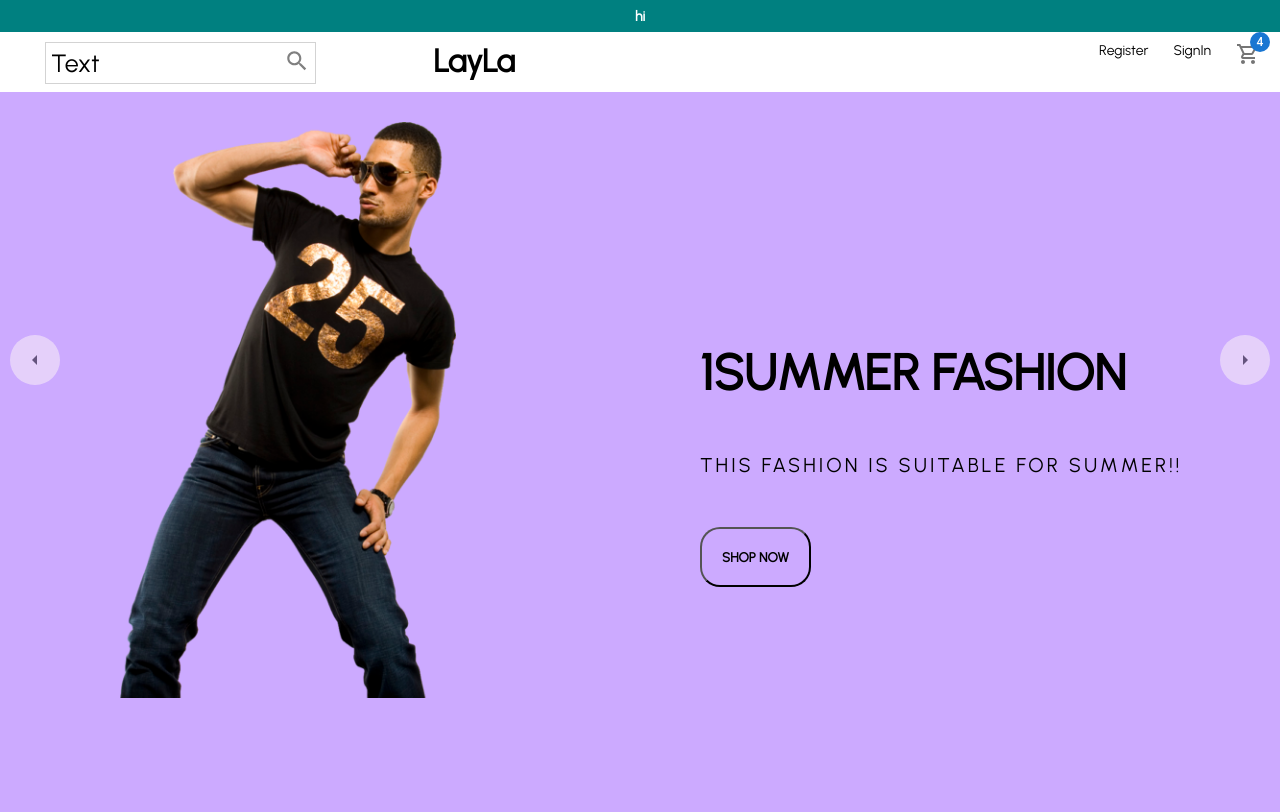
Repository: WaiMaungMaung/React_Ecom
Page: /
The author's editor kept a copy of each file at every save. The page is drawn from the files as they stood at one save, then again after a run of saves.
The browser window is 1280 px wide. The pictures show the whole page.
The project was rebuilt for these pictures with package versions that can differ from the ones it lists, and the page was loaded fresh each time.

Above is the page before, as saved 2022-05-06 16:20:16.

### public/index.html
<!DOCTYPE html>
<html lang="en">
  <head>
    <meta charset="utf-8" />
    <link rel="icon" href="%PUBLIC_URL%/favicon.ico" />

    <link
      href="https://fonts.googleapis.com/css2?family=Urbanist&display=swap"
      rel="stylesheet"
    />

    <style>
      * {
        margin: 0;
        font-family: "Urbanist", sans-serif;
      }
    </style>
    <title>React App</title>
  </head>
  <body>
    <noscript>You need to enable JavaScript to run this app.</noscript>
    <div id="root"></div>
  </body>
</html>

### src/pages/Home.jsx
import React from "react";
import Announcements from "../components/Announcements";
import Categories from "../components/Categories";
import NavBar from "../components/NavBar";
import Slider from "../components/Slider";
const Home = () => {
  return (
    <div>
      <Announcements />

      <NavBar />
      <Slider />

      <Categories />
    </div>
  );
};

export default Home;

### src/components/Announcements.jsx
import styled from "@emotion/styled";
const Container = styled.div`
  background-color: teal;
  height: 32px;
  display: flex;
  align-items: center;
  justify-content: center;
  color: white;
  font-size: 14px;
  font-weight: bold;
`;

const Announcements = () => {
  return <Container>hi</Container>;
};

export default Announcements;

### src/components/Categories.jsx
import styled from "@emotion/styled";
import React from "react";
import CategoriesItem from "./CategoriesItem";
import { categories } from "./data";

const Container = styled.div``;
const Categories = () => {
  return (
    <Container>
      {categories.map((item) => (
        <CategoriesItem item={item}></CategoriesItem>
      ))}
    </Container>
  );
};

export default Categories;

### src/components/NavBar.jsx
import { Search, ShoppingCartOutlined } from "@material-ui/icons";
import React from "react";
import styled from "styled-components";
import { Badge } from "@mui/material";
const Container = styled.div`
  height: 60px;
`;

const Wrapper = styled.div`
  padding: 10px 20px;
  align-item: center;
  display: flex;
  justify-content: space-between;
`;

const SearchContainer = styled.div`
  border: 0.5px solid lightgray;
  margin-left: 25px;
  display: flex;
  align-item: center;
  padding: 5px;
`;
const Input = styled.input`
  border: none;
  margin-left: 20px;
  font-size: 14px;
`;

const Language = styled.span`
  font-size: 25px;
  cursor: pointer;
`;
const Left = styled.div`
  flex: 1;
  display: flex;
`;

const Center = styled.div`
  flex: 1;
`;

const Logo = styled.h1`
  font-weight: bold;
`;

const MenuItem = styled.div`
  font-size: 14px;
  cursor: pointer;
  align-item: center;
  margin-left: 25px;
`;
const Right = styled.div`
  flex: 1;
  display: flex;
  align-item: center;
  justify-content: flex-end;
`;
const NavBar = () => {
  return (
    <Container>
      <Wrapper>
        <Left>
          <SearchContainer>
            <Language>Text</Language>
            <Input />
            <Search style={{ color: "grey", fontSize: "26px" }} />
          </SearchContainer>
        </Left>
        <Center>
          <Logo>LayLa</Logo>
        </Center>
        <Right>
          <MenuItem>Register</MenuItem>
          <MenuItem>SignIn</MenuItem>

          <MenuItem>
            <Badge badgeContent={4} color="primary">
              <ShoppingCartOutlined color="action" />
            </Badge>
          </MenuItem>
        </Right>
      </Wrapper>
    </Container>
  );
};

export default NavBar;

### src/components/Slider.jsx
import styled from "@emotion/styled";
import { ArrowLeftOutlined, ArrowRightOutlined } from "@material-ui/icons";
import React, { useState } from "react";
import { sliderItems } from "./data";
const Container = styled.div`
  width: 100%;
  height: 100vh;
  display: flex;
  overflow: hidden;
`;
const Arrow = styled.div`
  width: 50px;
  height: 50px;
  background-color: #fff7f7;
  border-radius: 50%;
  display: flex;
  align-items: center;
  justify-content: center;
  position: absolute;
  top: 0;
  bottom: 0;
  margin: auto;
  cursor: pointer;
  opacity: 0.5;
  left: ${(props) => props.direction === "left" && "10px"};
  right: ${(props) => props.direction === "right" && "10px"};
  z-index: 2;
`;
const Slide = styled.div`
  display: flex;
  height: 100vh;
  width: 100vw;
  align-item: center;
  background-color: ${(props) => props.bg};
`;

const Image = styled.img`
  height: 80%;
`;
const ImgContainer = styled.div`
  height: 100%;
  margin-left: 120px;
  margin-top: 30px;
  flex: 1;
`;
const Wrapper = styled.div`
  height: 100%;
  display: flex;
  transition: all 1.5s ease;
  transform: translateX(${(props) => props.slideIndex * -100}vw);
`;
const InfoContainer = styled.div`
  flex: 1;
  padding-top: 250px;
`;

const Title = styled.h1`
  font-size: 50px;
`;
const Desc = styled.p`
  margin: 50px 0;
  font-size: 20px;
  font-weight: 500;
  letter-spacing: 3px;
`;
const Button = styled.button`
  padding: 20px;
  background-color: transparent;
  font-weight: bolder;
  border-radius: 20px;
`;
const Slider = () => {
  const [slideIndex, setSldeIndex] = useState(0);
  const handleClick = (direction) => {
    if (direction === "left") {
      setSldeIndex(slideIndex > 0 ? slideIndex - 1 : 2);
    } else {
      setSldeIndex(slideIndex < 2 ? slideIndex + 1 : 0);
    }
  };
  return (
    <Container>
      <Arrow direction="left" onClick={() => handleClick("left")}>
        <ArrowLeftOutlined />
      </Arrow>
      <Wrapper slideIndex={slideIndex}>
        {sliderItems.map((item) => (
          <Slide bg={item.bg}>
            <ImgContainer>
              <Image src={item.img} />
            </ImgContainer>
            <InfoContainer>
              <Title>
                {item.id}
                {item.title}
              </Title>
              <Desc>{item.desc}</Desc>
              <Button>SHOP NOW</Button>
            </InfoContainer>
          </Slide>
        ))}
      </Wrapper>
      <Arrow direction="right" onClick={() => handleClick("right")}>
        <ArrowRightOutlined />
      </Arrow>
    </Container>
  );
};

export default Slider;

### src/components/CategoriesItem.jsx
import React from "react";

const CategoriesItem = (props) => {
  return <div>{props.id}</div>;
};

export default CategoriesItem;

### src/components/data.js
export const sliderItems = [
  {
    id: 1,
    img: require("../img/clothes.png"),
    title: "SUMMER FASHION",
    desc: "THIS FASHION IS SUITABLE FOR SUMMER!!",
    bg: "#ccaaff",
  },
  {
    id: 2,
    img: require("../img/man2.png"),
    title: "WINTER FASHIHON",
    desc: "YOUR CHOICES FOR THIS WINER!!",
    bg: "#ffaacc",
  },
  {
    id: 3,
    img: require("../img/man3.png"),

    title: "RAINY SEASON",
    desc: "WHEN THERE IS CLOUDY IN YOUR AREA",
    bg: "#aaffcc",
  },
];

export const categories = [
  {
    id: 1,
    img: "https://images.pexels.com/photos/5886041/pexels-photo-5886041.jpeg?auto=compress&cs=tinysrgb&dpr=2&h=650&w=940",
    title: "SHIRT STYLE!",
  },
  {
    id: 2,
    img: "https://images.pexels.com/photos/2983464/pexels-photo-2983464.jpeg?auto=compress&cs=tinysrgb&dpr=2&h=650&w=940",
    title: "LOUNGEWEAR LOVE",
  },
  {
    id: 3,
    img: "https://images.pexels.com/photos/5480696/pexels-photo-5480696.jpeg?auto=compress&cs=tinysrgb&dpr=2&w=500",
    title: "LIGHT JACKETS",
  },
];

export const popularProducts = [
  {
    id: 1,
    img: "https://d3o2e4jr3mxnm3.cloudfront.net/Mens-Jake-Guitar-Vintage-Crusher-Tee_68382_1_lg.png",
  },
  {
    id: 2,
    img: "https://cdn.shopify.com/s/files/1/0101/4832/products/Angela_Natural_Tee.png?v=1606780388",
  },
  {
    id: 3,
    img: "https://www.prada.com/content/dam/pradanux_products/U/UCS/UCS319/1YOTF010O/UCS319_1YOT_F010O_S_182_SLF.png",
  },
  {
    id: 4,
    img: "https://www.burdastyle.com/pub/media/catalog/product/cache/7bd3727382ce0a860b68816435d76e26/107/BUS-PAT-BURTE-1320516/1170x1470_BS_2016_05_132_front.png",
  },
  {
    id: 5,
    img: "https://images.ctfassets.net/5gvckmvm9289/3BlDoZxSSjqAvv1jBJP7TH/65f9a95484117730ace42abf64e89572/Noissue-x-Creatsy-Tote-Bag-Mockup-Bundle-_4_-2.png",
  },
  {
    id: 6,
    img: "https://d3o2e4jr3mxnm3.cloudfront.net/Rocket-Vintage-Chill-Cap_66374_1_lg.png",
  },
  {
    id: 7,
    img: "https://www.vintageindustries.nl/download_front/qympzk1762/2217_Arrow_Jacket_Forest.png",
  },
  {
    id: 8,
    img: "https://www.pngarts.com/files/3/Women-Jacket-PNG-High-Quality-Image.png",
  },
];

Loaded but not shown: src/index.js (common file); src/App.js (common file)

After the next 3 saves:
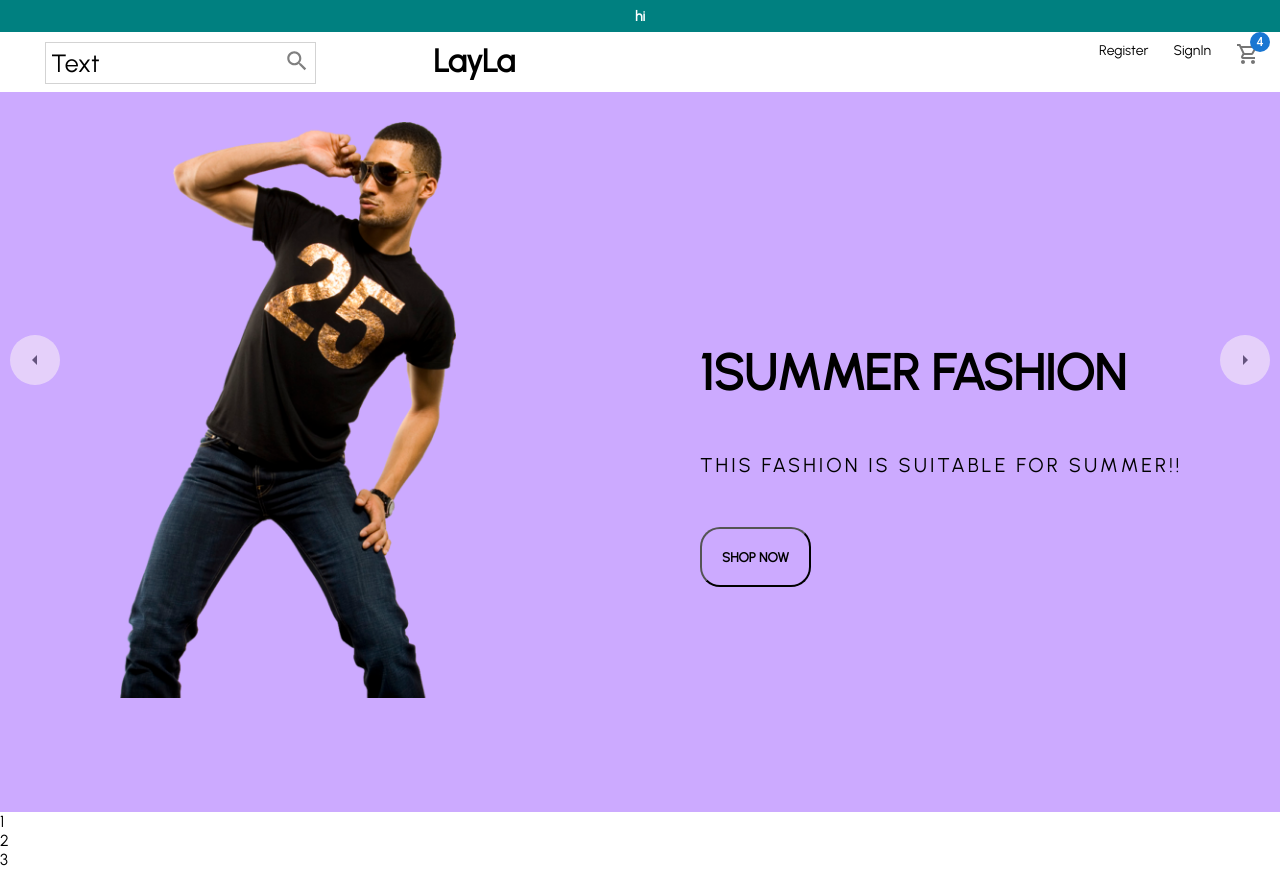
The 3 saves are shown as one change because 2 did not build or start.
The last was saved 40 s later.
--- a/src/components/Categories.jsx
+++ b/src/components/Categories.jsx
@@ -8,7 +8,7 @@ const Categories = () => {
   return (
     <Container>
       {categories.map((item) => (
-        <CategoriesItem item={item}></CategoriesItem>
+        <CategoriesItem item={item} />
       ))}
     </Container>
   );
--- a/src/components/CategoriesItem.jsx
+++ b/src/components/CategoriesItem.jsx
@@ -1,7 +1,7 @@
 import React from "react";
 
 const CategoriesItem = (props) => {
-  return <div>{props.id}</div>;
+  return <div>{props.item.id}</div>;
 };
 
 export default CategoriesItem;

After the 3 saves that followed:
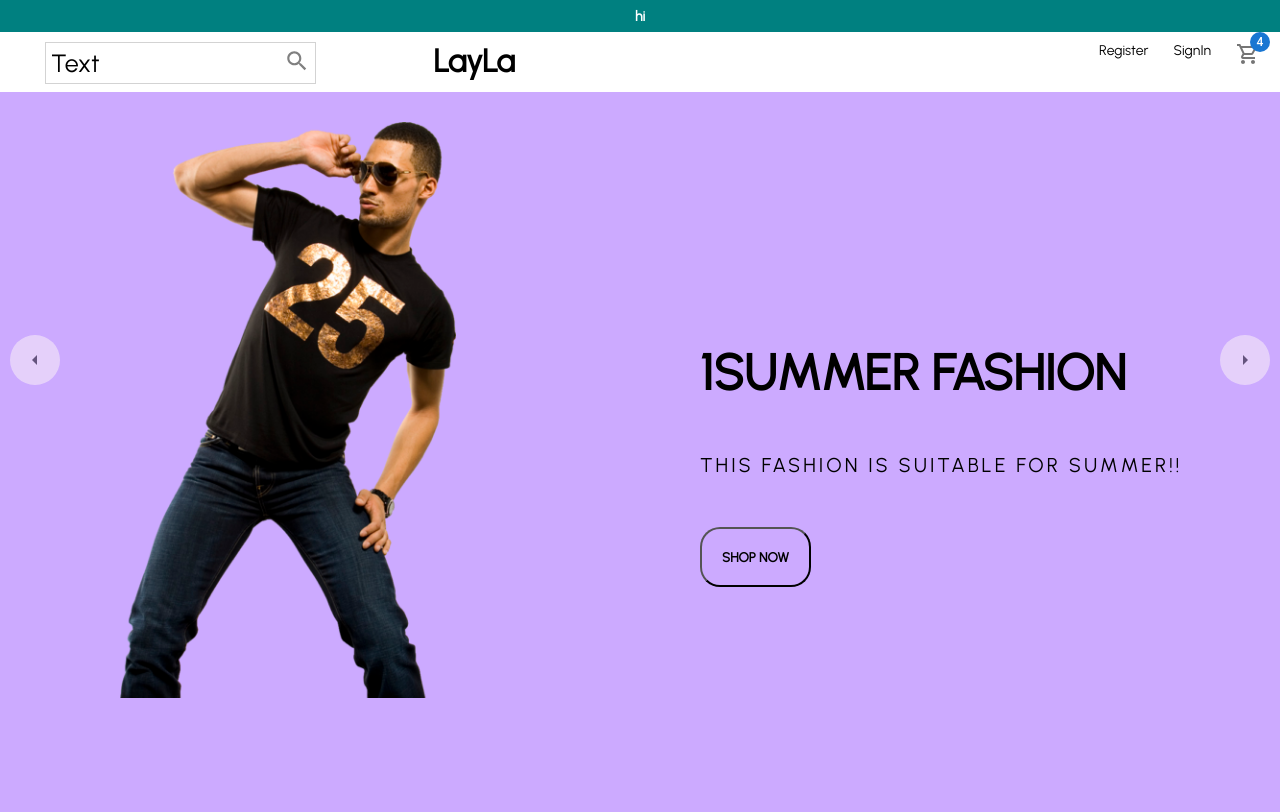
The 3 saves are shown as one change because 2 left the picture as it was.
The last was saved 78 s later.
--- a/src/components/CategoriesItem.jsx
+++ b/src/components/CategoriesItem.jsx
@@ -1,7 +1,15 @@
+import styled from "@emotion/styled";
 import React from "react";
 
+const Container = styled.div`
+  display: flex;
+  justify-content: space-between;
+`;
 const CategoriesItem = (props) => {
-  return <div>{props.item.id}</div>;
+  return;
+  <Container>
+    <div>{props.item.id}</div>
+  </Container>;
 };
 
 export default CategoriesItem;
